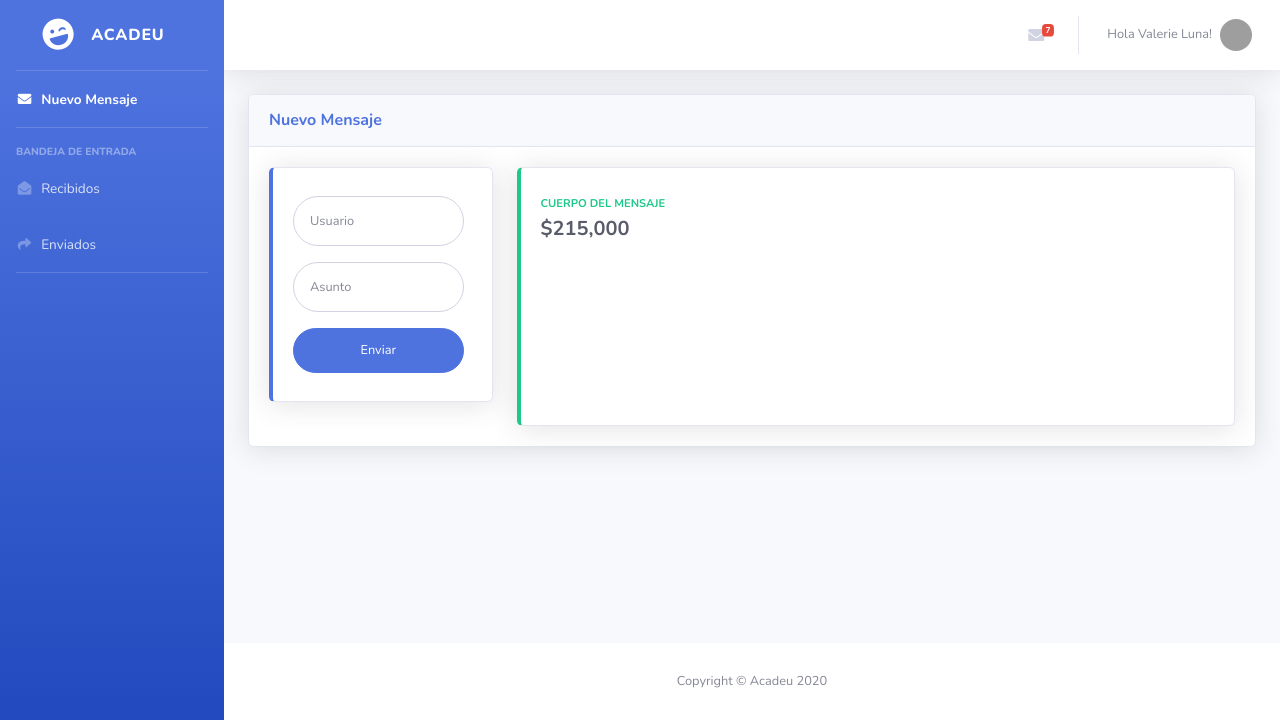
Repository: nicolask92/spring_java_test
Page: http://localhost/nuevo-mensaje
The author's editor kept a copy of each file at every save. The page is drawn from the files as they stood at one save, then again after the next save.
The browser window is 1280 px wide. The pictures show the whole page.
Pictures or frames that could not be fetched are drawn as grey boxes. The page is this project's Thymeleaf template; nobody is signed in. The template is opened directly, without the code that normally fills it, so the values that code supplies are empty.

Above is the page before, as saved 2020-06-13 21:46:24.

After the next save:
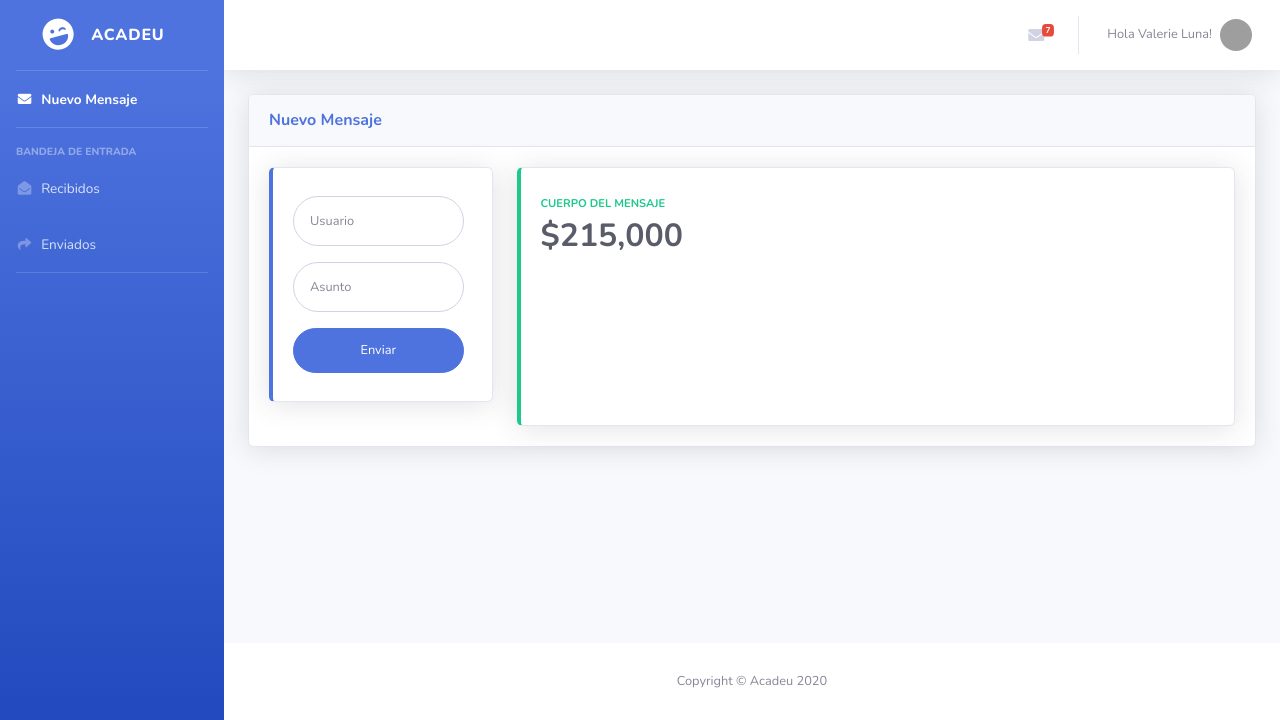
Saved 87 s later.
--- a/spring-tutorial/src/main/resources/templates/nuevo-mensaje.html
+++ b/spring-tutorial/src/main/resources/templates/nuevo-mensaje.html
@@ -236,7 +236,7 @@
 					                  <div class="row no-gutters align-items-center">
 					                    <div class="col mr-2">
 					                      <div class="text-xs font-weight-bold text-success text-uppercase mb-1">Cuerpo del Mensaje</div>
-					                      <div class="h5 mb-0 font-weight-bold text-gray-800">$215,000</div>
+					                      <div class="h2 mb-0 font-weight-bold text-gray-800">$215,000</div>
 										</div>
 										</form>
 					                  </div>

After the save that followed:
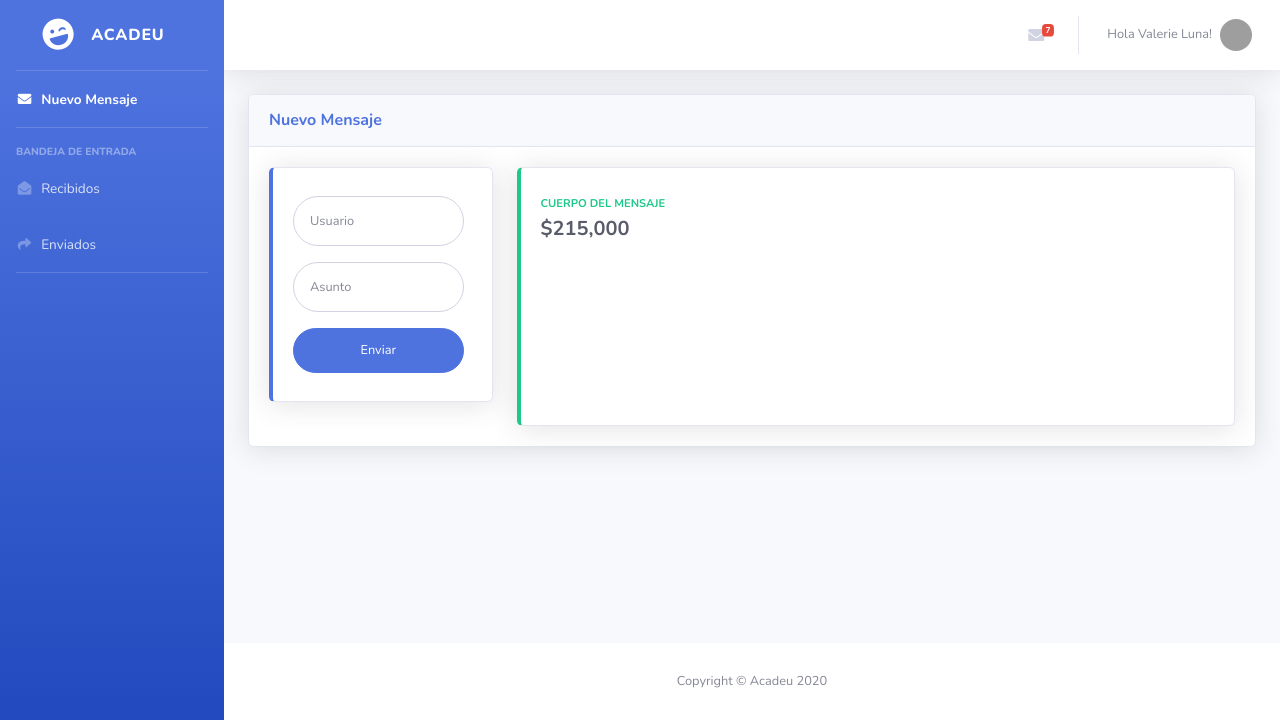
Saved 6 s later.
--- a/spring-tutorial/src/main/resources/templates/nuevo-mensaje.html
+++ b/spring-tutorial/src/main/resources/templates/nuevo-mensaje.html
@@ -236,7 +236,7 @@
 					                  <div class="row no-gutters align-items-center">
 					                    <div class="col mr-2">
 					                      <div class="text-xs font-weight-bold text-success text-uppercase mb-1">Cuerpo del Mensaje</div>
-					                      <div class="h2 mb-0 font-weight-bold text-gray-800">$215,000</div>
+					                      <div class="h5 mb-0 font-weight-bold text-gray-800">$215,000</div>
 										</div>
 										</form>
 					                  </div>
